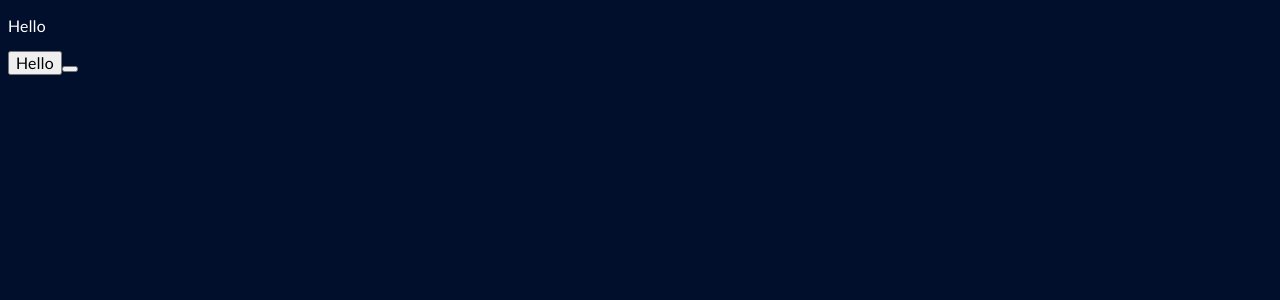
Repository: salczii/cryptocurrency
Page: /
The author's editor kept a copy of each file at every save. The page is drawn from the files as they stood at one save, then again after the next save.
The browser window is 1280 px wide. The pictures show the whole page.
The project was rebuilt for these pictures with package versions that can differ from the ones it lists, and the page was loaded fresh each time. Also part of the build but not shown: src/index.css.

Above is the page before, as saved 2019-01-30 23:35:29.

After the next save:
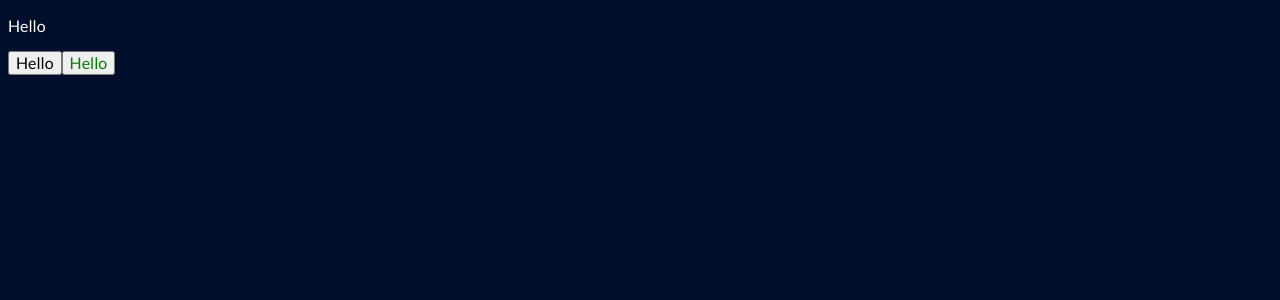
Saved 4 s later.
--- a/src/cryptocurrency/App.js
+++ b/src/cryptocurrency/App.js
@@ -18,7 +18,7 @@
       <div>
         <p>Hello</p>
         <button>Hello</button>
-        <MyButton></MyButton>
+        <MyButton>Hello</MyButton>
       </div>
     );
   }
